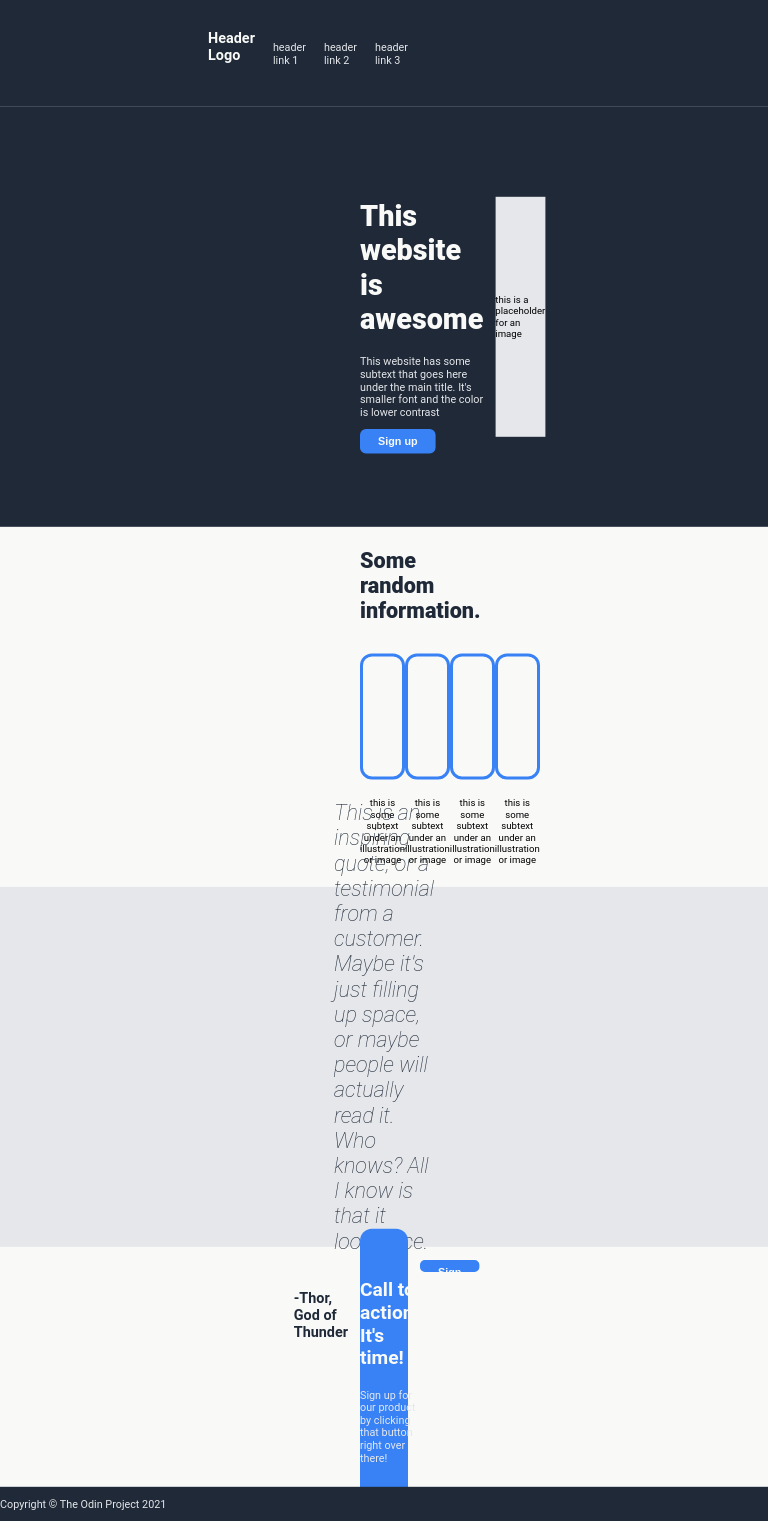
Repository: rsoetydev/landing-page
Page: index.html
These files come from the project's save history. The page is drawn as it stood at one moment and after the next save; the edit follows.
The browser window is 1280 px wide. The pictures show the whole page, at 60% of full size.

Above is the page before, as saved 2023-11-28 10:51:54.

### index.html
<!DOCTYPE html>
<html lang="en">
<head>
    <meta charset="UTF-8">
    <meta name="viewport" content="width=device-width, initial-scale=1.0">
    <title>Landing Page</title>
    <link rel="stylesheet" href="style.css">
</head>
<body>
    <div class="header">
        <h2 class="header-logo">Header Logo</h2>
        <p class="link-1">header link 1 </p>
        <p class="link-2">header link 2</p>
        <p class="link-3"> header link 3</p>
    </div>

    <div class="hero">
        <div class="hero-text">
            <h1 class="hero-title">This website is awesome</h1>
            <p class="hero-subtext">This website has some subtext that goes here under the main title. It's smaller font and the color is lower contrast</p>
            <button class="sign-up">Sign up</button>
        </div>
        <div class="hero-image-cont">
            this is a placeholder for an image
        </div>
    </div>

    <div class="info">
        <h2 class="info-title">Some random information.</h2>
        <div class="item-cont">
            <div class="item">
                <div class="item-pic"></div>
                <div class="item-text">this is some subtext under an illustration or image</div>
            </div>
            <div class="item">
                <div class="item-pic"></div>
                <div class="item-text">this is some subtext under an illustration or image</div>
            </div>
            <div class="item">
                <div class="item-pic"></div>
                <div class="item-text">this is some subtext under an illustration or image</div>
            </div>
            <div class="item">
                <div class="item-pic"></div>
                <div class="item-text">this is some subtext under an illustration or image</div>
            </div>
        </div>
    </div>

    <div class="quote">
        <p class="quote-text">
            This is an inspiring quote, or a testimonial from a customer. Maybe it's just filling up space, or maybe people will actually read it. Who knows? All I know is that it looks nice.
        </p>
        <p class="quote-author">-Thor, God of Thunder</p>
    </div>

    <div class="c2a">
        <div class="c2a-sub">
            <div class="c2a-text-container">
                <h3>Call to action! It's time!</h3>
                <p class="c2a-text">Sign up for our product by clicking that button right over there!</p>
            </div>
            <button class="c2a-sign-up">Sign up</button>
        </div>
    </div>

    <div class="footer">
        <p class="copyright">Copyright © The Odin Project 2021</p>
    </div>

</body>
</html>

### style.css


:root {
    --dark: #1F2937;
    --gray: #E5E7EB;
    --white: #F9FAF8;
    --blue: #3882F6;

    font-family: 'Roboto', arial;
}

body{
    background-color:var(--white);
    padding: 0;
    margin: 0;
    display: flex;
    flex-direction: column;
}

h1{
    font-size:48px;
    font-weight:900;
    color: var(--white);
}

p{
    color: var(--gray);
    font-size: 18px;
}

h2{
    color: var(--white);
    font-size: 24px;
    font: weight 600px;
    padding:0px;
    margin: 0px;
}

.info-title {
    font-size: 36px;
    color:var(--dark);
    font-weight: 900;
}

.quote-text {
    font-size: 36px;
    font-style: italic;
    font-weight: 200;
    color:var(--dark);
}

button{
    background-color: var(--blue);
    color:var(--white);
    font-size: 18px;
    font-weight: 600;
    padding: 10px 30px;
    border: none;
    border-radius: 10px;
}

.header{
    display:flex;
    background-color: var(--dark);
    justify-content: flex-end;
    gap:30px;
    padding: 50px 600px;
}

.header-logo{
    flex: 1;
}

.hero{
    display:flex;
    background-color: var(--dark);
    padding: 0px 600px;
    height: 700px;
    justify-content:space-between;
    align-items: center;
    gap: 20px;
}

.hero-image-cont{
    background-color:var(--gray);
    display:flex;
    justify-content: center;
    align-items: center;
    width: 800px;
    height: 400px;
}

.info-title{
    text-align: center;
    padding: 0 0 50px 0;
}

.info{
    display: flex;
    flex-direction: column;
    justify-content: center;
    height: 600px;
    padding: 0 600px;
}

.item-cont{
    display:flex;
    justify-content: space-evenly;
}

.item{
    display:flex;
    flex-direction: column;
    width: 200px;
    gap: 30px;
}

.item-pic{
    height:200px;
    flex-grow: 1;
    border-style: solid;
    border-color: var(--blue);
    border-radius: 20px;
    border-width: 5px;
}

.item-text{
    text-align: center;
}

.quote{
    background-color: var(--gray);
    height: 600px;
    display:flex;
    flex-direction: column;
    padding: 0px 600px;
    justify-content: center;
    align-items: center;

}

.quote-author{
    color:var(--dark);
    font-weight: 600;
    font-size: 24px;
    align-self: flex-end;
    padding-right: 100px;
}

.c2a{
    display: flex;
    flex-direction: column;
    justify-content: center;
    height: 400px;
    padding: 0 600px;
}

.c2a-sub{
    background-color:var(--blue);
    display:flex;
    justify-content: space-around;
    padding: 50px 0px;
    border-radius: 20px;
}

h3{
    color: var(--white);
    font-size: 32px;
    font-weight: 600;

}

.c2a-sign-up{
    border-style: solid;
    border-color: var(--white);
    border-width: 2px;
    height:20px;
}

.footer{
    background-color: var(--dark);
}

After the next save:
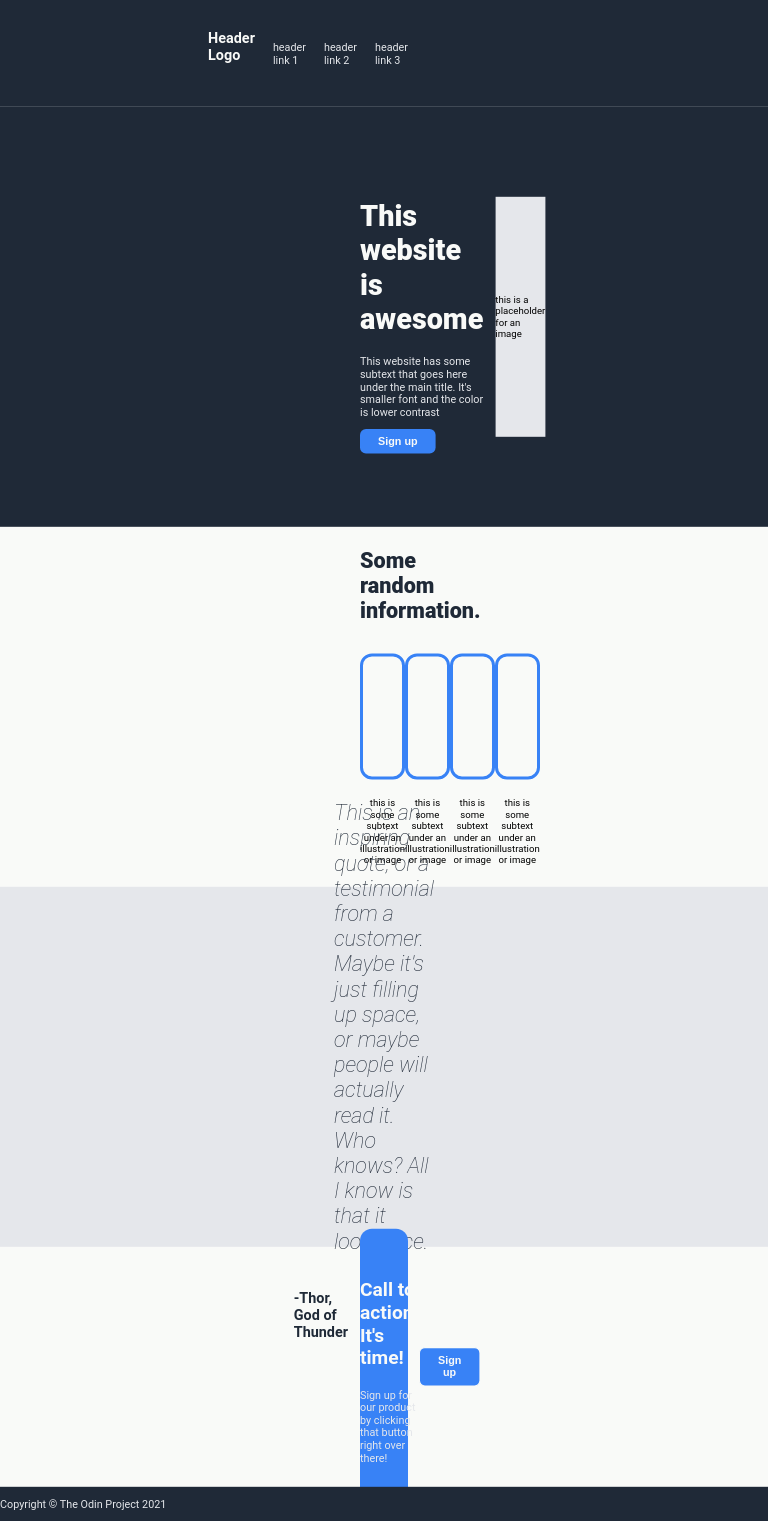
Saved 15 s later.
--- a/style.css
+++ b/style.css
@@ -174,7 +174,7 @@ h3{
     border-style: solid;
     border-color: var(--white);
     border-width: 2px;
-    height:20px;
+    align-self: center;
 }
 
 .footer{
